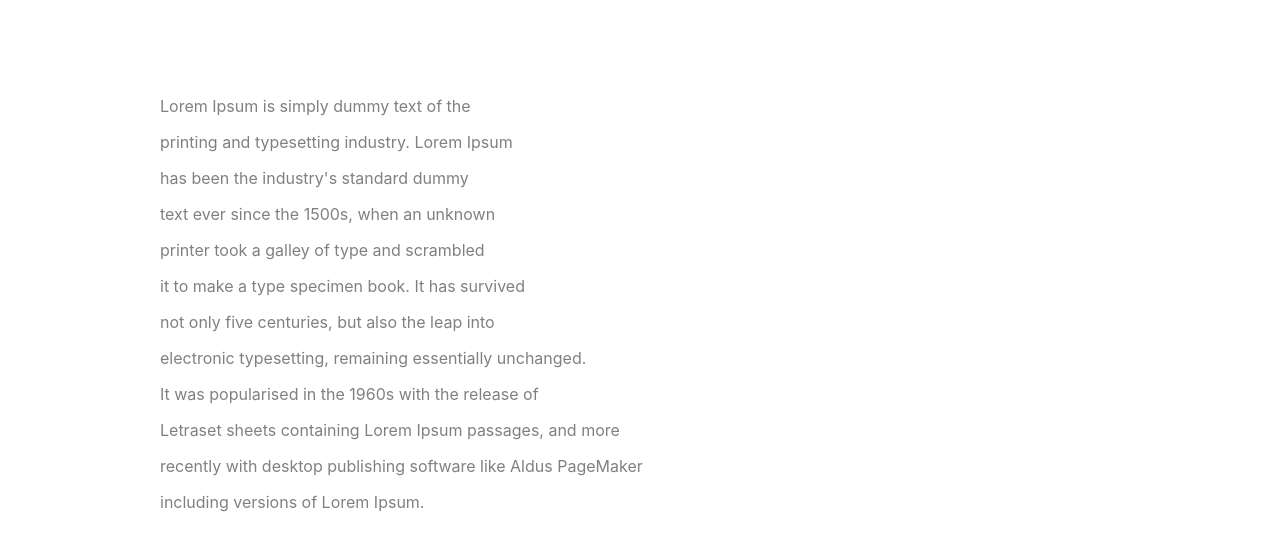
Repository: eg7eg7/Text-Play
Page: /
An editor plug-in stored every save of this project. The page is shown before and after the next save, followed by the edit.
The browser window is 1280 px wide. The pictures show the whole page.
The project was rebuilt for these pictures with package versions that can differ from the ones it lists, and the page was loaded fresh each time.

Above is the page before, as saved 2021-01-11 23:06:16.

After the next save:
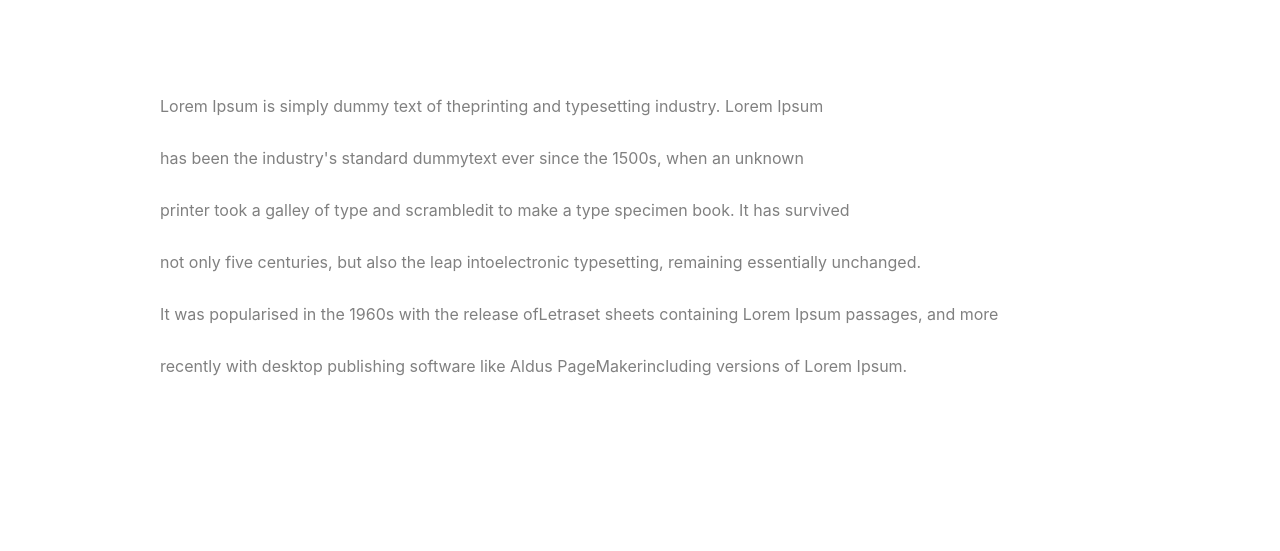
Saved 22 s later.
--- a/src/TextPlay.css
+++ b/src/TextPlay.css
@@ -12,12 +12,13 @@ p {
 }
 .textBlock {
     clear: left;
+    display:inline-block
 }
 .TextPlay {
-    /* display: block; */
+    display: block;
     margin-top: 5em;
     margin-bottom: 5em;
     margin-left: 10em;
-    display:inline-block;
+    /* display:inline-block; */
     margin-right: 10em;
 }
